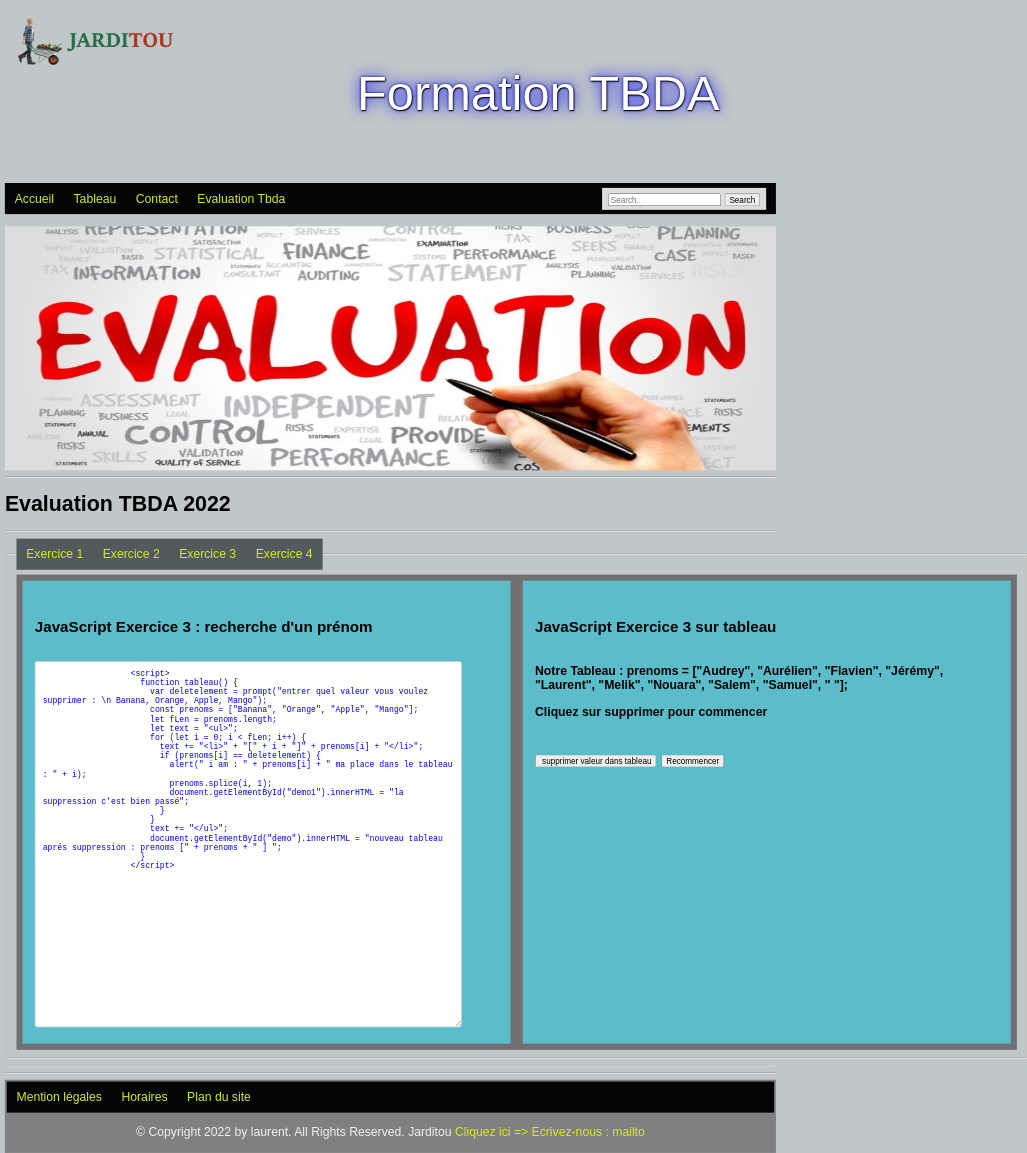
Repository: laurentbul/jarditou
Page: javascript/EvaluationTbda/eval_ex3.html
The author's editor kept a copy of each file at every save. The page is drawn from the files as they stood at one save, then again after the next save.
The browser window is 1280 px wide. The page is 1684 px wide, so the pictures cover 1684 px, including what lies to the right of the window. The pictures show the whole page, at 61% of full size.

Above is the page before, as saved 2022-12-15 03:18:00.

After the next save:
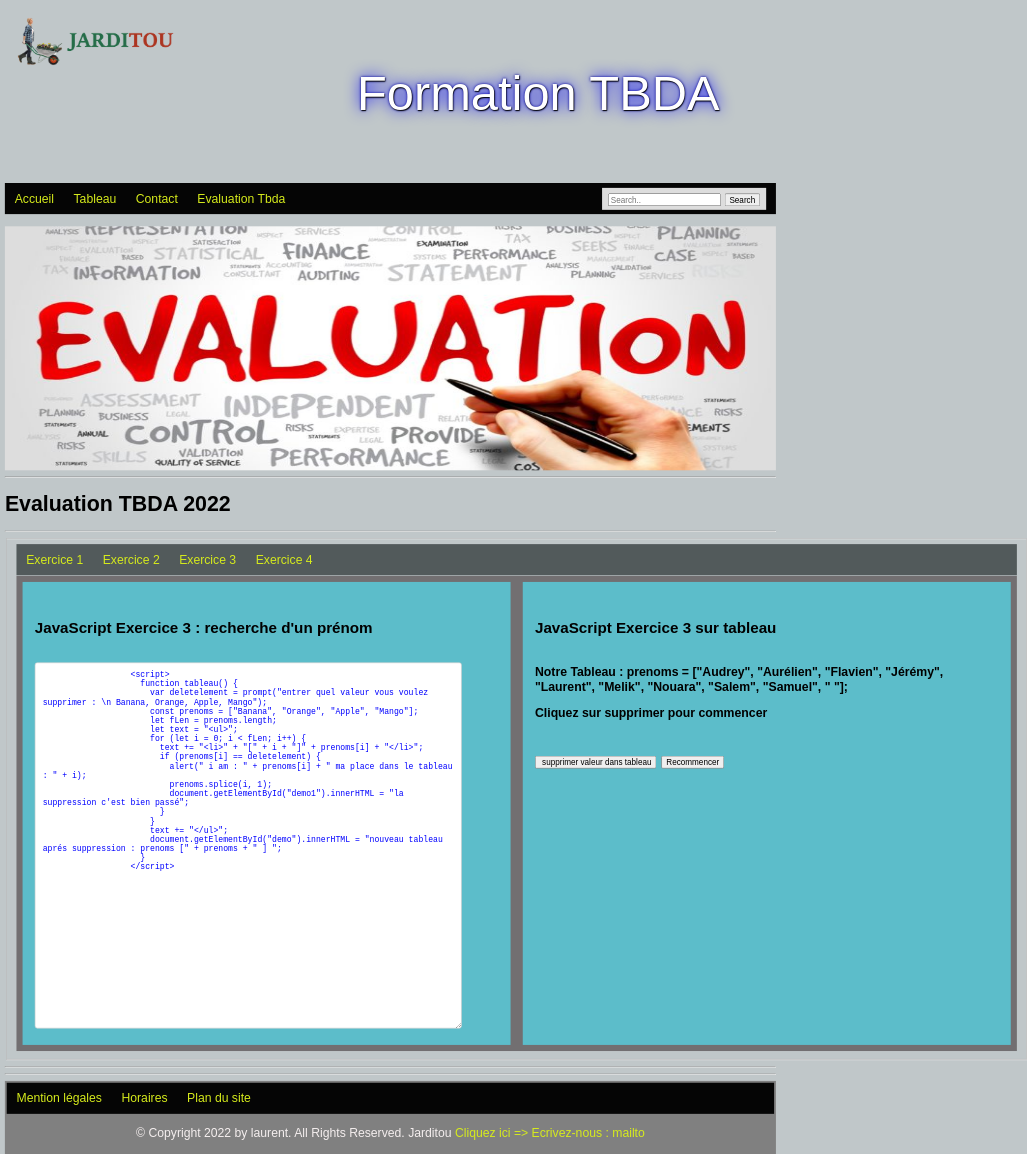
Saved 64 s later.
--- a/javascript/EvaluationTbda/eval_ex3.html
+++ b/javascript/EvaluationTbda/eval_ex3.html
@@ -55,17 +55,15 @@
   <include src="./horaire.html"></include>
   <hr>
   <fieldset>
-    <legend style="padding:1px 0; font-size:20px;">
-      <nav>
-        <ul style="background-color: #525a5b;">
-          <li><a href="eval_ex1.html">Exercice 1 </a></li>
-          <li><a href="eval_ex2.html">Exercice 2 </a></li>
-          <li><a href="eval_ex3.html">Exercice 3</a></li>
-          <li><a href="eval_ex4.html">Exercice 4</a></li>
-          </li>
-        </ul>
-      </nav>
-    </legend>
+    <nav style="padding:1px 0; font-size:20px;">
+      <ul style="background-color: #525a5b;">
+        <li><a href="eval_ex1.html">Exercice 1 </a></li>
+        <li><a href="eval_ex2.html">Exercice 2 </a></li>
+        <li><a href="eval_ex3.html">Exercice 3</a></li>
+        <li><a href="eval_ex4.html">Exercice 4</a></li>
+        </li>
+      </ul>
+    </nav>
     <div class="flex-container2">
       <div id="code">
         <h5>JavaScript Exercice 3 : recherche d'un prénom</h5>
